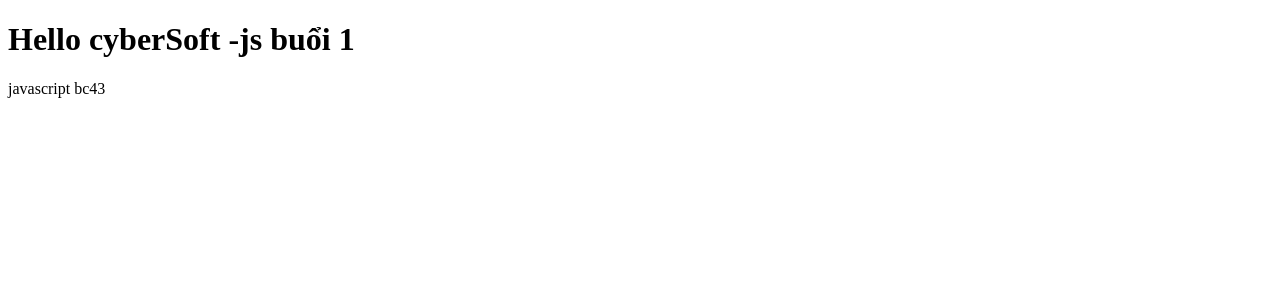
Repository: hcozyph/cyberSoft_JS_fulldocs
Page: JS_buoi1/index.html
These files come from the project's save history. The page is drawn as it stood at one moment and after the next save; the edit follows.
The browser window is 1280 px wide. The pictures show the whole page.

Above is the page before, as saved 2023-01-15 10:28:42.

### JS_buoi1/index.html
<!DOCTYPE html>
<html lang="en">
    <head>
        <meta charset="UTF-8" />
        <meta http-equiv="X-UA-Compatible" content="IE=edge" />
        <meta name="viewport" content="width=h1d, initial-scale=1.0" />
        <title>Document</title>
    </head>
    <body>
        <h1>Hello cyberSoft -js buổi 1</h1>

        <script>
            /*
            Các lệnh OUTPUT
            doucument.write: ghi lại nội dung lên html
            alert: hiển thị nội dung lên hộp thoại trên trình duyệt
            */

            document.write("javascript bc43");
            // alert("hello CyberSoft");
            console.log("lỗi đăng nhập thất bại");

            //Khai báo bieesnL đặt tên biến phải có ý nghĩa, tránh trùng 1 số từ khóa
            var thongBao = "lỗi đăng nhập thất bại";

            console.log(thongBao);
            console.log(thongBao);
            console.log(thongBao);
            console.log(thongBao);

            //KIỂU DỮ LIỆU (primative value - giá trị cơ sở  - máy tính đọc cái hiểu liền)
            var luong = 150;
            var soDienThoai = "+84 08989899"; //string
            var hople = true;

            //PHÉP TÍNH SỐ HỌC - TOÁN TỬ - OPERATOR
            var soA = 5;
            var soB = 10;
            var tong = soA + soB;
            var hieu = soA - soB;
            var thuong = soB / soA;
            var soDu = soA % soB;
            console.log(tong);
            console.log(hieu);
            console.log(thuong);
            console.log(soDu);

            console.log(10 + 10);
            console.log("10" + "10");
            console.log("10" * "10");
            // Number('chuoi'): Ép kiểu từ chuỗi sang số, NaN xảy ra khi ép k phải số
            var tong = Number(soA) + Number(soB);

            //Bài tập 1: tính trung bình và in ra màn hình
            var diemToan = 10;
            var diemLy = 8;
            var diemHoa = 9;

            var diemTB = (diemToan + diemLy + diemHoa) / Number(3);

            console.log("Điểm Trung Bình là", diemTB);

            //Bài tập 2: tính chiều dài cạnh huyền của tam giác vuông
            //input
            var canhGV1 = 3;
            var canhGV2 = 4;
            //output: cạnh huyền?
            // Tính căn bậc 2: Math.sqrt(giá_trị), Math.pow(giatri, soMũ)
            var canhHuyen = Math.sqrt(
                Math.pow(canhGV1, 2) + Math.pow(canhGV2, 2)
            );
            console.log("Chiều dài cạnh huyền là", canhHuyen);
            console.log("Chiều dài cạnh huyền là", canhHuyen);

            //Bài tập 3:
            //Chương trình tính số lương trên số giờ làm viêc / tháng
            //Biết rằng số giờ làm việc trong 1 tháng là 150 giờ, 1 giờ làm 20 đô.
            //Tính lương?

            /*
            Mô hình 3 khối:

            input: số giờ làm việc trong 1 tháng
            output: tính số lương
            */
            //input
            var soGioLam = 150;
            var tienCong1H = 20;

            //output
            var tienLuong = 0;

            tienLuonG = soGioLam * tienCong1H;
            console.log("Tiền lương 1 tháng là", tienLuong);
        </script>
    </body>
</html>

After the next save:
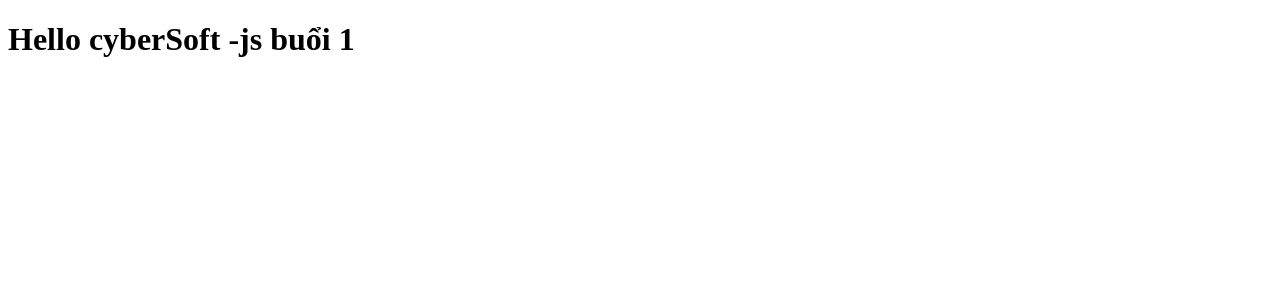
Console error: SyntaxError: Invalid or unexpected token
Saved 76 s later.
--- a/JS_buoi1/index.html
+++ b/JS_buoi1/index.html
@@ -92,6 +92,9 @@
 
             tienLuonG = soGioLam * tienCong1H;
             console.log("Tiền lương 1 tháng là", tienLuong);
+
+            /*
+            TOÁN TỬ NÂNG CAO
         </script>
     </body>
 </html>

After the 4 saves that followed:
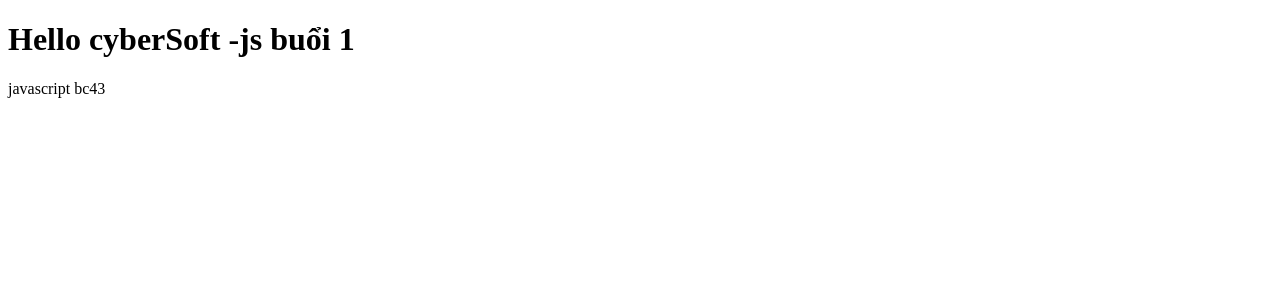
The error is gone.
The 4 saves are shown as one change because 3 left the picture as it was.
The last was saved 12 min 36 s later.
--- a/JS_buoi1/index.html
+++ b/JS_buoi1/index.html
@@ -93,8 +93,24 @@
             tienLuonG = soGioLam * tienCong1H;
             console.log("Tiền lương 1 tháng là", tienLuong);
 
-            /*
-            TOÁN TỬ NÂNG CAO
+            /*TOÁN TỬ NÂNG CAO*/
+            //phép tiền tố, hậu tố
+            var soHang = 1;
+            soHang = soHang + 1;
+            console.log(++soHang); //tiền tố: thực hiện tố trước lệnh sau
+            console.log(soHang++); //hậu tố: thực hiện lệnh trước tố sau
+
+            soHang2 = 10;
+            soHang2 -= 5; //=> 5
+
+            //Bài 4: Chuyển tiền USD sang VND
+            //input:
+            var tienUSD = 987;
+            var tigia = 23000;
+
+            //output
+            var tienVND = tienUSD * tigia;
+            console.log("Số tiền VND là", tienVND);
         </script>
     </body>
 </html>
